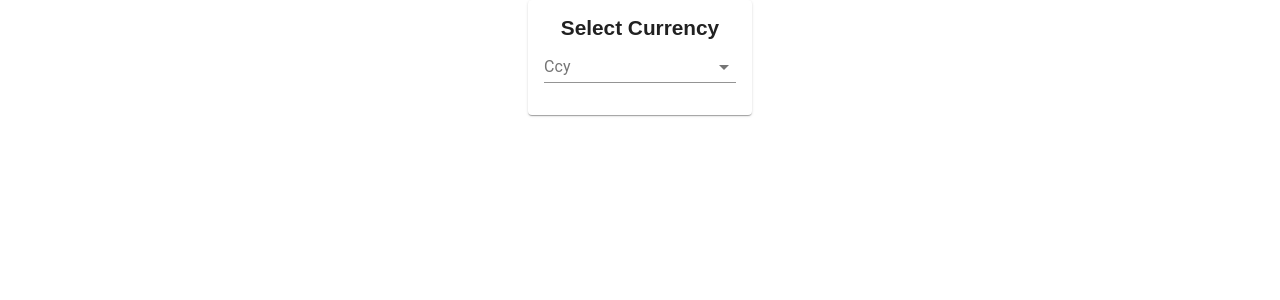
Repository: AmanullaChishty/filter
Page: /
The author's editor kept a copy of each file at every save. The page is drawn from the files as they stood at one save, then again after the next save.
The browser window is 1280 px wide. The pictures show the whole page.
The page's requests for data from a server got no answer. The project was rebuilt for these pictures with package versions that can differ from the ones it lists, and the page was loaded fresh each time. No one was signed in, and anything a server would have sent is missing. Imported but missing from the stored project, and not drawn on this page: src/reducers/simpleReducer.

Above is the page before, as saved 2020-01-25 22:11:45.

After the next save:
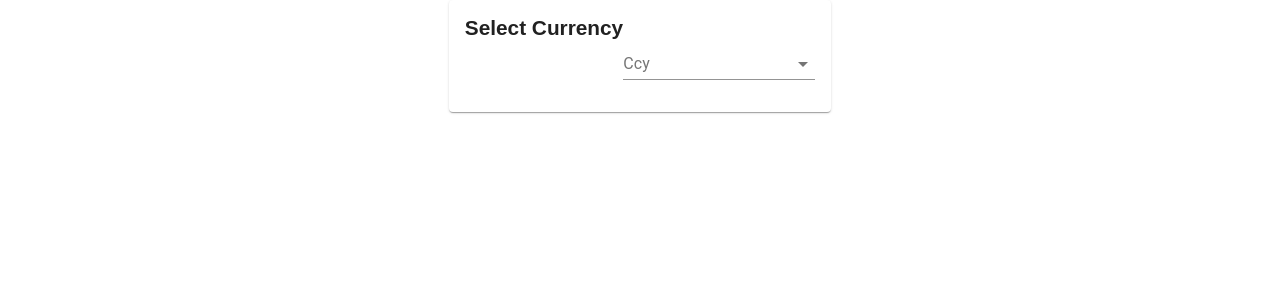
Saved 21 s later.
--- a/src/searchBar/components/searchBar.js
+++ b/src/searchBar/components/searchBar.js
@@ -48,7 +48,7 @@
     <h3>{value}</h3> */}
     <Card style={{maxWidth:575}}>
       <CardContent>
-    <Grid style={{display:'flex',justifyContent:'center',alignItems:'center',flexDirection:'column'}}>
+    <Grid>
       <span style={{fontSize:'1.3em',fontWeight:'bold',marginBottom:'-1em'}}>Select Currency</span>
     <FormControl style={{width:'12em',marginTop:'1em'}} >
 

After the save that followed:
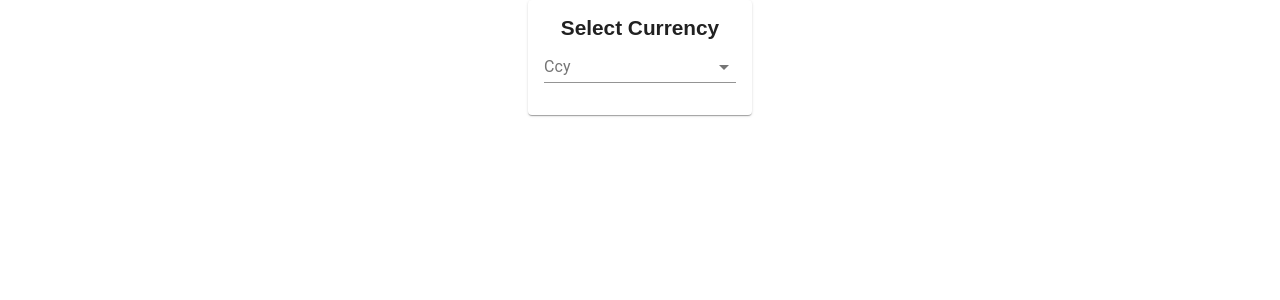
Saved 7 s later.
--- a/src/searchBar/components/searchBar.js
+++ b/src/searchBar/components/searchBar.js
@@ -48,7 +48,7 @@
     <h3>{value}</h3> */}
     <Card style={{maxWidth:575}}>
       <CardContent>
-    <Grid>
+    <Grid style={{display:'flex',justifyContent:'center',alignItems:'center',flexDirection:'column'}}>
       <span style={{fontSize:'1.3em',fontWeight:'bold',marginBottom:'-1em'}}>Select Currency</span>
     <FormControl style={{width:'12em',marginTop:'1em'}} >
 
